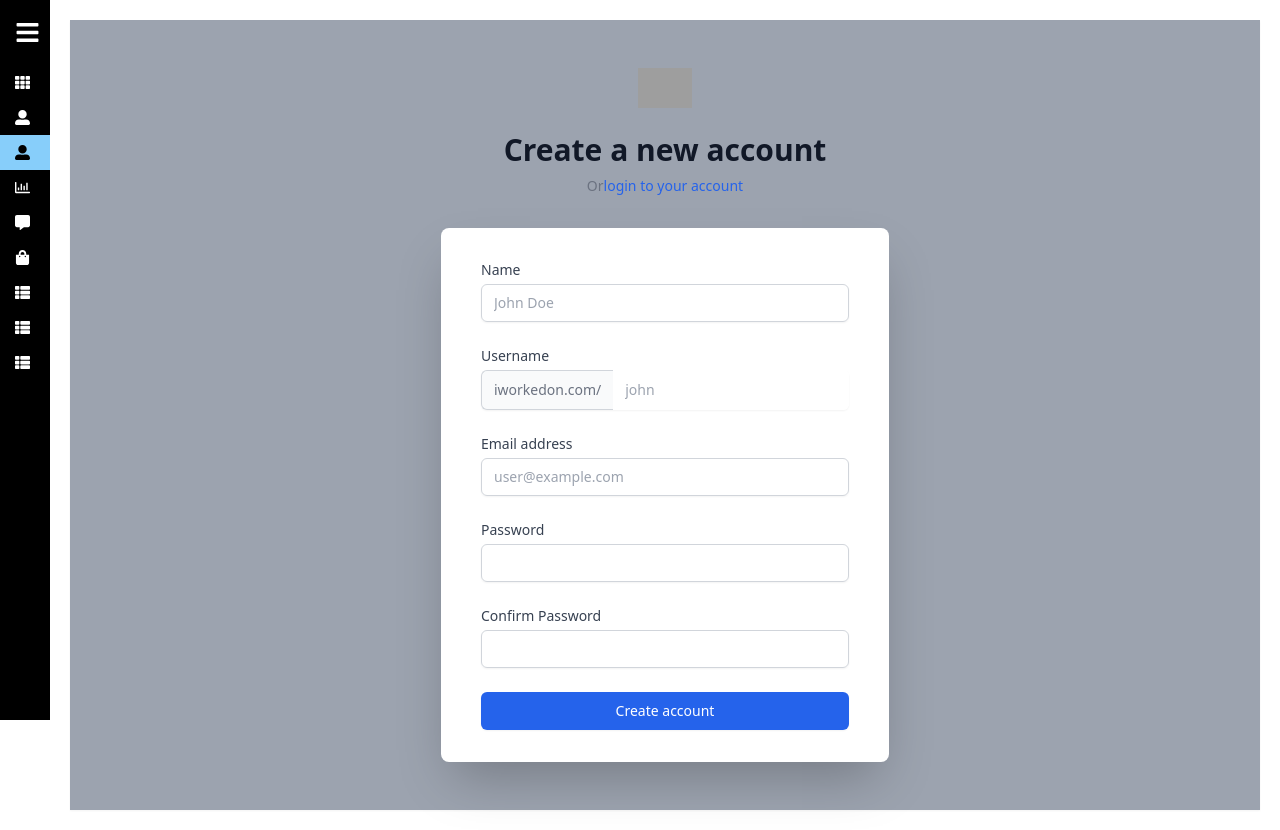
Repository: AndargWorku12/admin-dashboard
Page: /signup
The author's editor kept a copy of each file at every save. The page is drawn from the files as they stood at one save, then again after the next save.
The browser window is 1280 px wide. The pictures show the whole page.
Pictures or frames that could not be fetched are drawn as grey boxes. The project was rebuilt for these pictures with package versions that can differ from the ones it lists, and the page was loaded fresh each time. Also part of the build but not shown: src/pages/Dashboard.tsx, src/pages/Orders.tsx, src/pages/Category.tsx, src/pages/Login.tsx, src/pages/Analytics.tsx, src/pages/CustemerReview.tsx, src/pages/ProductList.tsx, src/pages/ShopCard.tsx.

Above is the page before, as saved 2024-01-26 03:57:39.

### src/index.tsx
import { ColorModeScript } from "@chakra-ui/react"
import * as React from "react"
import * as ReactDOM from "react-dom/client"
import App from "./App"
import './index.css'

const container = document.getElementById("root")
if (!container) throw new Error('Failed to find the root element');
const root = ReactDOM.createRoot(container)

root.render(

  <React.StrictMode>
    <ColorModeScript />
    <App />
  </React.StrictMode>,

)

### src/components/Sidebar.tsx
import React, { useState } from 'react';
import ReactNode from "react";
import {
    FaTh,
    FaBars,
    FaUserAlt,
    FaRegChartBar,
    FaCommentAlt,
    FaShoppingBag,
    FaThList
} from 'react-icons/fa';
import { NavLink, NavLinkProps } from 'react-router-dom';



interface MenuItem {
    path: string;
    name: string;
    icon: JSX.Element;
}

interface SidebarProps {
  children: React.ReactNode;
}
    const Sidebar: React.FC<React.PropsWithChildren<{}>> = ({ children }) => {
    const [isOpen, setIsOpen] = useState(false);

    const toggle = () => setIsOpen(!isOpen);

    const menuItems: MenuItem[] = [
        {
            path: '/',
            name: 'Dashboard',
            icon: <FaTh />,
        },
        {
            path: '/login',
            name: 'Login',
            icon: <FaUserAlt />,
        },
        {
          path: '/signup',
          name: 'Register form',
          icon: <FaUserAlt />,
      },
        {
            path: '/analytics',
            name: 'Analytics',
            icon: <FaRegChartBar />,
        },
        {
            path: '/review',
            name: 'CustemerReview',
            icon: <FaCommentAlt />,
        },
        {
            path: '/product',
            name: 'Product',
            icon: <FaShoppingBag />,
        },
        {
            path: '/category',
            name: 'Category List',
            icon: <FaThList />,
        },
        {
          path: '/orders',
          name: 'Orders',
          icon: <FaThList />,
      },
      {
        path: '/shop',
        name: 'Sample product',
        icon: <FaThList />,
    },
    ];

    return (
        <div className="container">
            <div style={{ width: isOpen ? '200px' : '50px' }} className="sidebar">
                <div className="top_section">
                    <h1 style={{ display: isOpen ? 'block' : 'none' }} className="logo">
                        Logo
                    </h1>
                    <div style={{ marginLeft: isOpen ? '50px' : '0px' }} className="bars">
                        <FaBars onClick={toggle} />
                    </div>
                </div>
                {menuItems.map((item, index) => (
                    <NavLink to={item.path} key={index} className="link"
                    //  activeClassName="active"
                     >
                        <div className="icon">{item.icon}</div>
                        <div style={{ display: isOpen ? 'block' : 'none' }} className="link_text text-sm">
                            {item.name}
                        </div>
                    </NavLink>
                ))}
            </div>
            <main>{children}</main>
        </div>
    );
};

export default Sidebar;

### src/App.css
* {
    margin: 0;
    padding: 0;
    text-decoration: none;
}

.container {
    display: flex;
}

main {
    width: 100%;
    padding: 20px;
}

.sidebar {
    background: #000;
    color: #fff;
    height: 100vh;
    width: 200px;
    transition: all 0.5s;
}

.top_section {
    display: flex;
    align-items: center;
    padding: 20px 15px;
}

.logo {
    font-size: 30px;
}

.bars {
    display: flex;
    font-size: 25px;
    margin-left: 50px;
}

.link {
    display: flex;
    color: #fff;
    padding: 10px 15px;
    gap: 15px;
    transition: all 0.5s;
}

.link:hover {
    background: lightskyblue;
    color: #000;
    transition: all 0.5s;
}

.active {
    background: lightskyblue;
    color: #000;
}

.icon,
.link_text {
    font-size: 15px;
}

### src/pages/SignUpForm.tsx

import React from 'react';

const SignUp: React.FC = () => {
  return (
    <div className="min-h-screen bg-gray-400 flex flex-col justify-center py-12 sm:px-6 lg:px-8 shadow-sm">
      <div className="sm:mx-auto sm:w-full sm:max-w-md">
        <img
          className="mx-auto h-10 w-auto"
          src="https://www.svgrepo.com/show/301692/login.svg"
          alt="Workflow"
        />
        <h2 className="mt-6 text-center text-3xl leading-9 font-extrabold text-gray-900">
          Create a new account
        </h2>
        <p className="mt-2 text-center text-sm leading-5 text-gray-500 max-w">
          Or
          <a
            href="#"
            className="font-medium text-blue-600 hover:text-blue-500 focus:outline-none focus:underline transition ease-in-out duration-150"
          >
            login to your account
          </a>
        </p>
      </div>

      <div className="mt-8 sm:mx-auto sm:w-full sm:max-w-md">
        <div className="bg-white py-8 px-4 sm:rounded-lg sm:px-10 shadow-2xl">
          <form method="POST" action="#">
            <div>
              <label htmlFor="name" className="block text-sm font-medium leading-5 text-gray-700">
                Name
              </label>
              <div className="mt-1 relative rounded-md shadow-sm">
                <input
                  id="name"
                  name="name"
                  placeholder="John Doe"
                  type="text"
                  required
                  value=""
                  className="appearance-none block w-full px-3 py-2 border border-gray-300 rounded-md placeholder-gray-400 focus:outline-none focus:shadow-outline-blue focus:border-blue-300 transition duration-150 ease-in-out sm:text-sm sm:leading-5"
                />
                <div className="hidden absolute inset-y-0 right-0 pr-3 flex items-center pointer-events-none">
                  <svg className="h-5 w-5 text-red-500" fill="currentColor" viewBox="0 0 20 20">
                    <path
                      fillRule="evenodd"
                      d="M18 10a8 8 0 11-16 0 8 8 0 0116 0zm-7 4a1 1 0 11-2 0 1 1 0 012 0zm-1-9a1 1 0 00-1 1v4a1 1 0 102 0V6a1 1 0 00-1-1z"
                      clipRule="evenodd"
                    />
                  </svg>
                </div>
              </div>
            </div>

            <div className="mt-6">
              <label htmlFor="username" className="block text-sm font-medium leading-5 text-gray-700">
                Username
              </label>
              <div className="mt-1 flex rounded-md shadow-sm">
                <span className="inline-flex h-10 items-center px-3 rounded-l-md border border-r-0 border-gray-300 bg-gray-50 text-gray-500 sm:text-sm">
                  iworkedon.com/
                </span>
                <input
                  id="username"
                  name="username"
                  placeholder="john"
                  type="text"
                  required
                  value=""
                  className="flex-1 form-input pl-3 block w-full rounded-none rounded-r-md transition duration-150 ease-in-out sm:text-sm sm:leading-5"
                />
              </div>
            </div>

            <div className="mt-6">
              <label htmlFor="email" className="block text-sm font-medium leading-5 text-gray-700">
                Email address
              </label>
              <div className="mt-1 relative rounded-md shadow-sm">
                <input
                  id="email"
                  name="email"
                  placeholder="user@example.com"
                  type="email"
                  required
                  value=""
                  className="appearance-none block w-full px-3 py-2 border border-gray-300 rounded-md placeholder-gray-400 focus:outline-none focus:shadow-outline-blue focus:border-blue-300 transition duration-150 ease-in-out sm:text-sm sm:leading-5"
                />
                <div className="hidden absolute inset-y-0 right-0 pr-3 flex items-center pointer-events-none">
                  <svg className="h-5 w-5 text-red-500" fill="currentColor" viewBox="0 0 20 20">
                    <path
                      fillRule="evenodd"
                      d="M18 10a8 8 0 11-16 0 8 8 0 0116 0zm-7 4a1 1 0 11-2 0 1 1 0 012 0zm-1-9a1 1 0 00-1 1v4a1 1 0 102 0V6a1 1 0 00-1-1z"
                      clipRule="evenodd"
                    ></path>
                  </svg>
                </div>
              </div>
            </div>

            <div className="mt-6">
              <label htmlFor="password" className="block text-sm font-medium leading-5 text-gray-700">
                Password
              </label>
              <div className="mt-1 rounded-md shadow-sm">
                <input
                  id="password"
                  name="password"
                  type="password"
                  required
                  className="appearance-none block w-full px-3 py-2 border border-gray-300 rounded-md placeholder-gray-400 focus:outline-none focus:shadow-outline-blue focus:border-blue-300 transition duration-150 ease-in-out sm:text-sm sm:leading-5"
                />
              </div>
            </div>

            <div className="mt-6">
              <label
                htmlFor="password_confirmation"
                className="block text-sm font-medium leading-5 text-gray-700"
              >
                Confirm Password
              </label>
              <div className="mt-1 rounded-md shadow-sm">
                <input
                  id="password_confirmation"
                  name="password_confirmation"
                  type="password"
                  required
                  className="appearance-none block w-full px-3 py-2 border border-gray-300 rounded-md placeholder-gray-400 focus:outline-none focus:shadow-outline-blue focus:border-blue-300 transition duration-150 ease-in-out sm:text-sm sm:leading-5"
                />
              </div>
            </div>

            <div className="mt-6">
              <span className="block w-full rounded-md shadow-sm">
                <button
                  type="submit"
                  className="w-full flex justify-center py-2 px-4 border border-transparent text-sm font-medium rounded-md text-white bg-blue-600 hover:bg-blue-500 focus:outline-none focus:border-indigo-700 focus:shadow-outline-indigo active:bg-indigo-700 transition duration-150 ease-in-out"
                >
                  Create account
                </button>
              </span>
            </div>
          </form>
        </div>
      </div>
    </div>
  );
};

export default SignUp;



// import React from 'react';

// const SignUpForm: React.FC = () => {
//   return (
//     <div className="px-80 pt-40">

//     <div className="w-96 backdrop-blur-lg bg-opacity-80 rounded-lg shadow-lg p-5 bg-gray-900 text-white">
//       <h2 className="text-2xl font-bold pb-5">SignUp</h2>
//       <form>
//         <div className="mb-4">
//           <label htmlFor="name" className="block mb-2 text-sm font-medium">
//             Your name
//           </label>
//           <input
//             type="text"
//             id="name"
//             className="bg-gray-100 border border-gray-300 text-gray-900 text-sm rounded-lg focus:ring-2 focus:ring-blue-500 focus:border-blue-500 w-full py-2.5 px-4"
//             placeholder="Andrew Jackson"
//             required
//             value=""
//           />
//         </div>
//         <div className="mb-4">
//           <label htmlFor="email" className="block mb-2 text-sm font-medium">
//             Your email
//           </label>
//           <input
//             type="email"
//             id="email"
//             className="bg-gray-100 border border-gray-300 text-gray-900 text-sm rounded-lg focus:ring-2 focus:ring-blue-500 focus:border-blue-500 w-full py-2.5 px-4"
//             placeholder="andrew@mail.com"
//             required
//             value=""
//           />
//         </div>
//         <div className="mb-4">
//           <label htmlFor="password" className="block mb-2 text-sm font-medium">
//             Your password
//           </label>
//           <input
//             type="password"
//             id="password"
//             className="bg-gray-100 border border-gray-300 text-gray-900 text-sm rounded-lg focus:ring-2 focus:ring-blue-500 focus:border-blue-500 w-full py-2.5 px-4"
//             placeholder="*********"
//             required
//             value=""
//           />
//         </div>
//         <div>
//           <p className="text-red-500 pb-5"></p>
//         </div>
//         <div className="flex items-center justify-between mb-4">
//           <button
//             type="submit"
//             className="text-white bg-purple-600 hover:bg-purple-700 focus:ring-2 focus:ring-blue-300 font-medium rounded-lg text-sm py-2.5 px-5 w-full sm:w-auto"
//           >
//             Register
//           </button>
//           <div className="flex items-center text-sm">
//             <p>Already have an account?</p>
//             <p className="underline cursor-pointer ml-1">Sign in</p>
//           </div>
//         </div>
//       </form>
//     </div>
//     </div>
//   );
// };

// export default SignUpForm;













// // import React from 'react';

// // const Signup: React.FC = () => {
// //   return (
// //     <div className="min-h-screen bg-gray-50 flex flex-col justify-center py-12 sm:px-6 lg:px-8">
// //       <div className="sm:mx-auto sm:w-full sm:max-w-md">
// //         <img
// //           className="mx-auto h-10 w-auto"
// //           src="https://www.svgrepo.com/show/301692/login.svg"
// //           alt="Workflow"
// //         />
// //         <h2 className="mt-6 text-center text-3xl leading-9 font-extrabold text-gray-900">
// //           Create a new account
// //         </h2>
// //         <p className="mt-2 text-center text-sm leading-5 text-gray-500 max-w">
// //           Or
// //           <a
// //             href="#"
// //             className="font-medium text-blue-600 hover:text-blue-500 focus:outline-none focus:underline transition ease-in-out duration-150"
// //           >
// //             login to your account
// //           </a>
// //         </p>
// //       </div>

// //       <div className="mt-8 sm:mx-auto sm:w-full sm:max-w-md">
// //         <div className="bg-white py-8 px-4 shadow sm:rounded-lg sm:px-10">
// //           <form method="POST" action="#">
// //             <div>
// //               <label htmlFor="name" className="block text-sm font-medium leading-5 text-gray-700">
// //                 Name
// //               </label>
// //               <div className="mt-1 relative rounded-md shadow-sm">
// //                 <input
// //                   id="name"
// //                   name="name"
// //                   placeholder="John Doe"
// //                   type="text"

// //                   value=""
// //                   className="appearance-none block w-full px-3 py-2 border border-gray-300 rounded-md placeholder-gray-400 focus:outline-none focus:shadow-outline-blue focus:border-blue-300 transition duration-150 ease-in-out sm:text-sm sm:leading-5"
// //                 />
// //                 <div className="hidden absolute inset-y-0 right-0 pr-3 flex items-center pointer-events-none">
// //                   <svg className="h-5 w-5 text-red-500" fill="currentColor" viewBox="0 0 20 20">
// //                     <path
// //                       fillRule="evenodd"
// //                       d="M18 10a8 8 0 11-16 0 8 8 0 0116 0zm-7 4a1 1 0 11-2 0 1 1 0 012 0zm-1-9a1 1 0 00-1 1v4a1 1 0 102 0V6a1 1 0 00-1-1z"
// //                       clipRule="evenodd"
// //                     ></path>
// //                   </svg>
// //                 </div>
// //               </div>
// //             </div>

// //             <div className="mt-6">
// //               <label htmlFor="username" className="block text-sm font-medium leading-5 text-gray-700">
// //                 Username
// //               </label>
// //               <div className="mt-1 flex rounded-md shadow-sm">
// //                 <span className="inline-flex h-10 items-center px-3 rounded-l-md border border-r-0 border-gray-300 bg-gray-50 text-gray-500 sm:text-sm">
// //                   iworkedon.com/
// //                 </span>
// //                 <input
// //                   id="username"
// //                   name="username"
// //                   placeholder="john"
// //                   type="text"

// //                   value=""
// //                   className="flex-1 form-input pl-3 block w-full rounded-none rounded-r-md transition duration-150 ease-in-out sm:text-sm sm:leading-5"
// //                 />
// //               </div>
// //             </div>

// //             <div className="mt-6">
// //               <label htmlFor="email" className="block text-sm font-medium leading-5 text-gray-700">
// //                 Email address
// //               </label>
// //               <div className="mt-1 relative rounded-md shadow-sm">
// //                 <input
// //                   id="email"
// //                   name="email"
// //                   placeholder="user@example.com"
// //                   type="email"

// //                   value=""
// //                   className="appearance-none block w-full px-3 py-2 border border-gray-300 rounded-md placeholder-gray-400 focus:outline-none focus:shadow-outline-blue focus:border-blue-300 transition duration-150 ease-in-out sm:text-sm sm:leading-5"
// //                 />
// //                 <div className="hidden absolute inset-y-0 right-0 pr-3 flex items-center pointer-events-none">
// //                   <svg className="h-5 w-5 text-red-500" fill="currentColor" viewBox="0 0 20 20">
// //                     <path
// //                       fillRule="evenodd"
// //                       d="M18 10a8 8 0 11-16 0 8 8 0 0116 0zm-7 4a1 1 0 11-2 0 1 1 0 012 0zm-1-9a1 1 0 00-1 1v4a1 1 0 102 0V6a1 1 0 00-1-1z"
// //                       clipRule="evenodd"
// //                     ></path>
// //                   </svg>
// //                 </div>
// //               </div>
// //             </div>

// //             <div className="mt-6">
// //               <label htmlFor="password" className="block text-sm font-medium leading-5 text-gray-700">
// //                 Password
// //               </label>
// //               <div className="mt-1 rounded-md shadow-sm">
// //                 <input
// //                   id="password"
// //                   name="password"
// //                   type="password"

// //                   className="appearance-none block w-full px-3 py-2 border border-gray-300 rounded-md placeholder-gray-400 focus:outline-none focus:shadow-outline-blue focus:border-blue-300 transition duration-150 ease-in-out sm:text-sm sm:leading-5"
// //                 />
// //               </div>
// //             </div>

// //             <div className="mt-6">
// //               <label htmlFor="password_confirmation" className="block text-sm font-medium leading-5 text-gray-700">
// //                 Confirm Password
// //               </label>
// //               <div className="mt-1 rounded-md shadow-sm">
// //                 <input
// //                   id="password_confirmation"
// //                   name="password_confirmation"
// //                   type="password"

// //                   className="appearance-none block w-full px-3 py-2 border border-gray-300 rounded-md placeholder-gray-400 focus:outline-none focus:shadow-outline-blue focus:border-blue-300 transition duration-150 ease-in-out sm:text-sm sm:leading-5"
// //                 />
// //               </div>
// //             </div>

// //             <div className="mt-6">
// //               <span className="block w-full rounded-md shadow-sm">
// //                 <button
// //                   type="submit"
// //                   className="w-full flex justify-center py-2 px-4 border border-transparent text-sm font-medium rounded-md text-white bg-blue-600 hover:bg-blue-500 focus:outline-none focus:border-indigo-700 focus:shadow-outline-indigo active:bg-indigo-700 transition duration-150 ease-in-out"
// //                 >
// //                   Create account
// //                 </button>
// //               </span>
// //             </div>
// //           </form>
// //         </div>
// //       </div>
// //     </div>
// //   );
// // };

// // export default Signup;

Loaded but not shown: public/index.html (common file); src/index.css (common file); tailwind.config.js (common file); src/App.tsx (333 lines, source omitted)

After the next save:
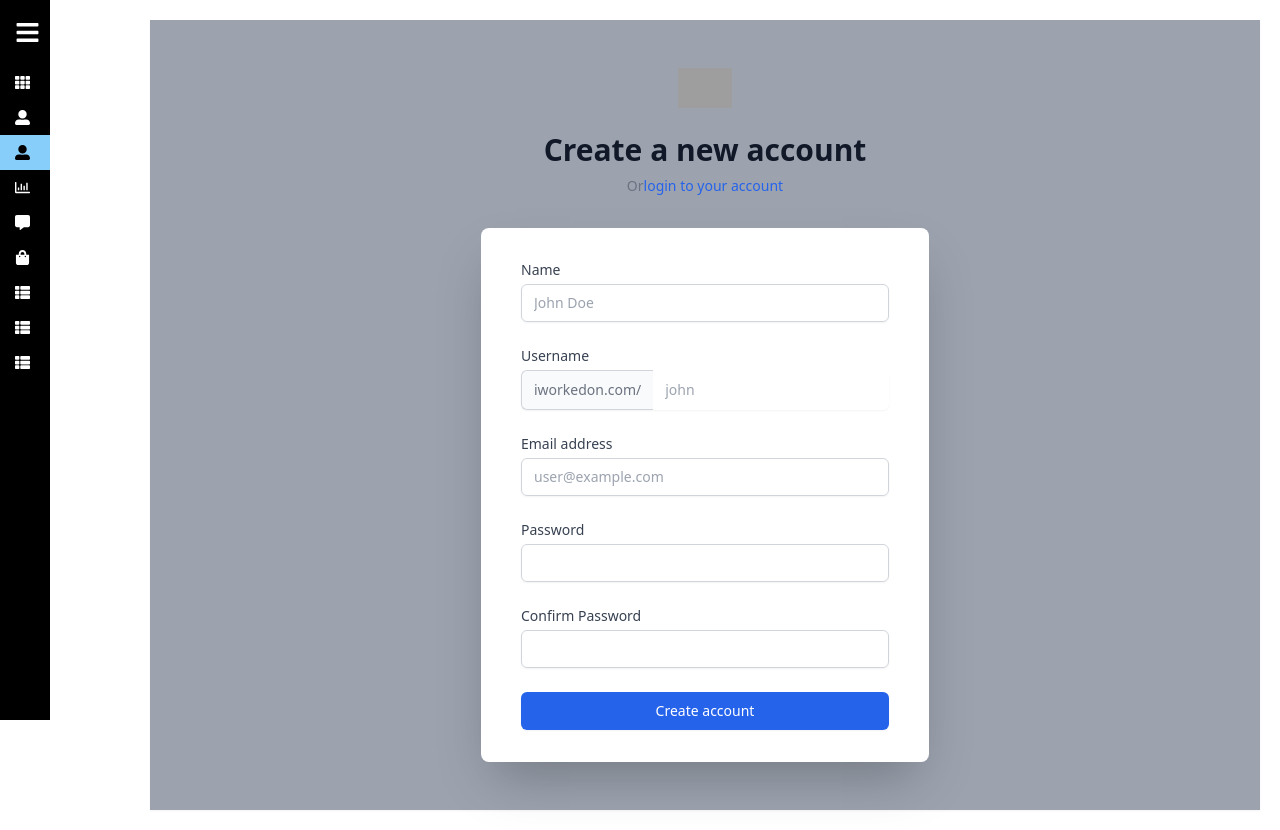
Saved 36 s later.
--- a/src/pages/SignUpForm.tsx
+++ b/src/pages/SignUpForm.tsx
@@ -3,7 +3,7 @@ import React from 'react';
 
 const SignUp: React.FC = () => {
   return (
-    <div className="min-h-screen bg-gray-400 flex flex-col justify-center py-12 sm:px-6 lg:px-8 shadow-sm">
+    <div className="min-h-screen bg-gray-400 flex flex-col justify-center py-12 sm:px-6 lg:px-8 shadow-sm ml-20">
       <div className="sm:mx-auto sm:w-full sm:max-w-md">
         <img
           className="mx-auto h-10 w-auto"
